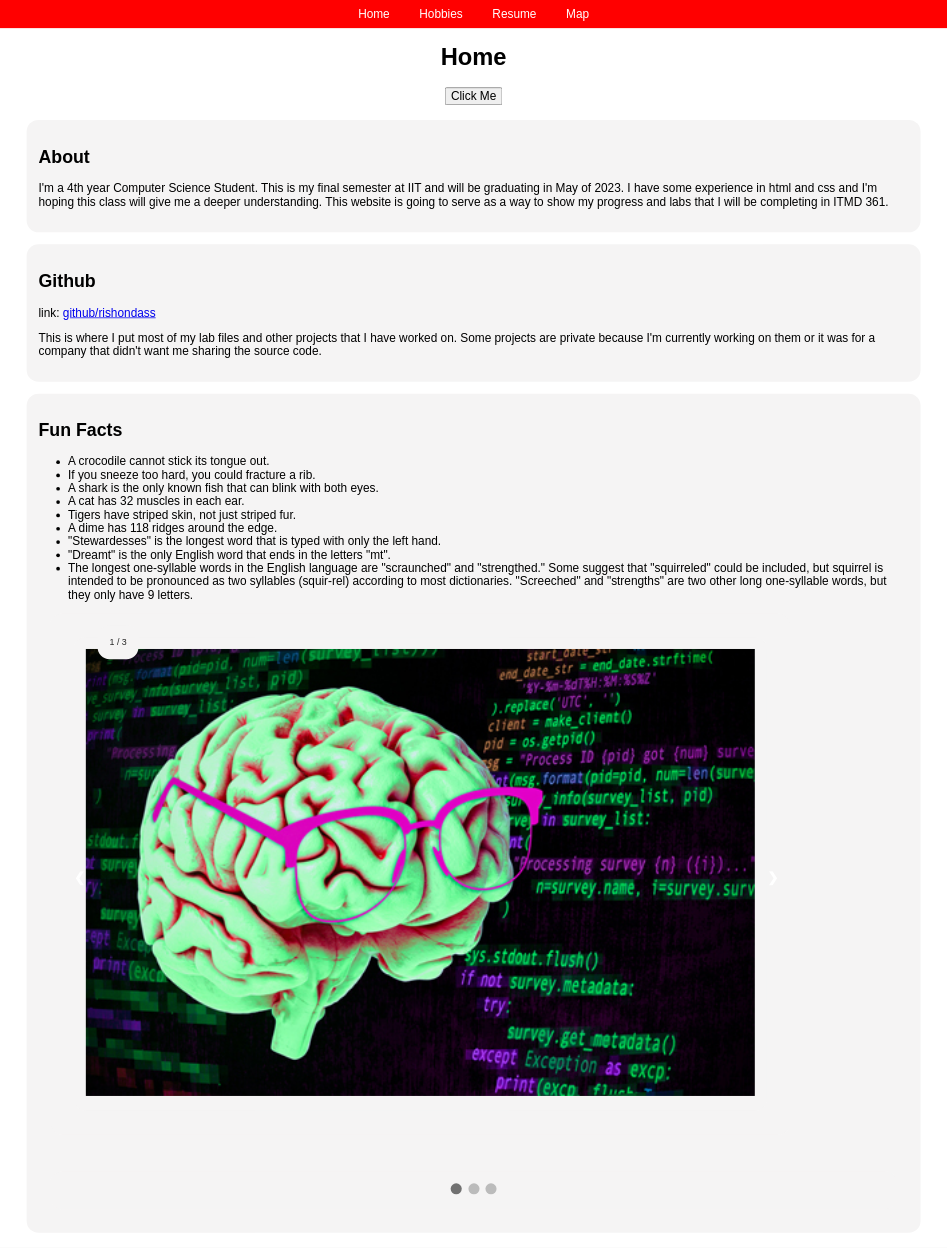
Repository: rishondass/ITMD361-Project3
Page: index.html
An editor plug-in stored every save of this project. The page is shown before and after the next save, followed by the edit.
The browser window is 1280 px wide. The pictures show the whole page, at 74% of full size.

Above is the page before, as saved 2023-04-28 18:52:01.

After the next save:
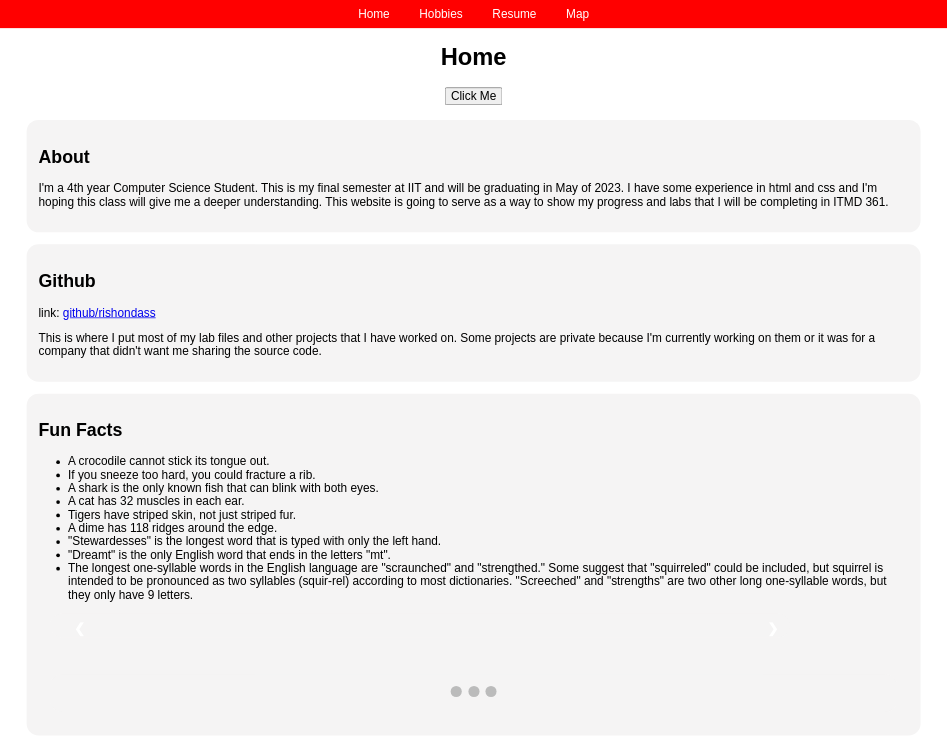
Saved 46 s later.
--- a/index.html
+++ b/index.html
@@ -89,7 +89,7 @@
         </li>
       </ul>
       <!-- below credit w3schools.com -->
-      <script src="./js/slideshow.js"></script>
+
       <div class="slideshow-container">
 
         <!-- Full-width images with number and caption text -->

After the 2 saves that followed:
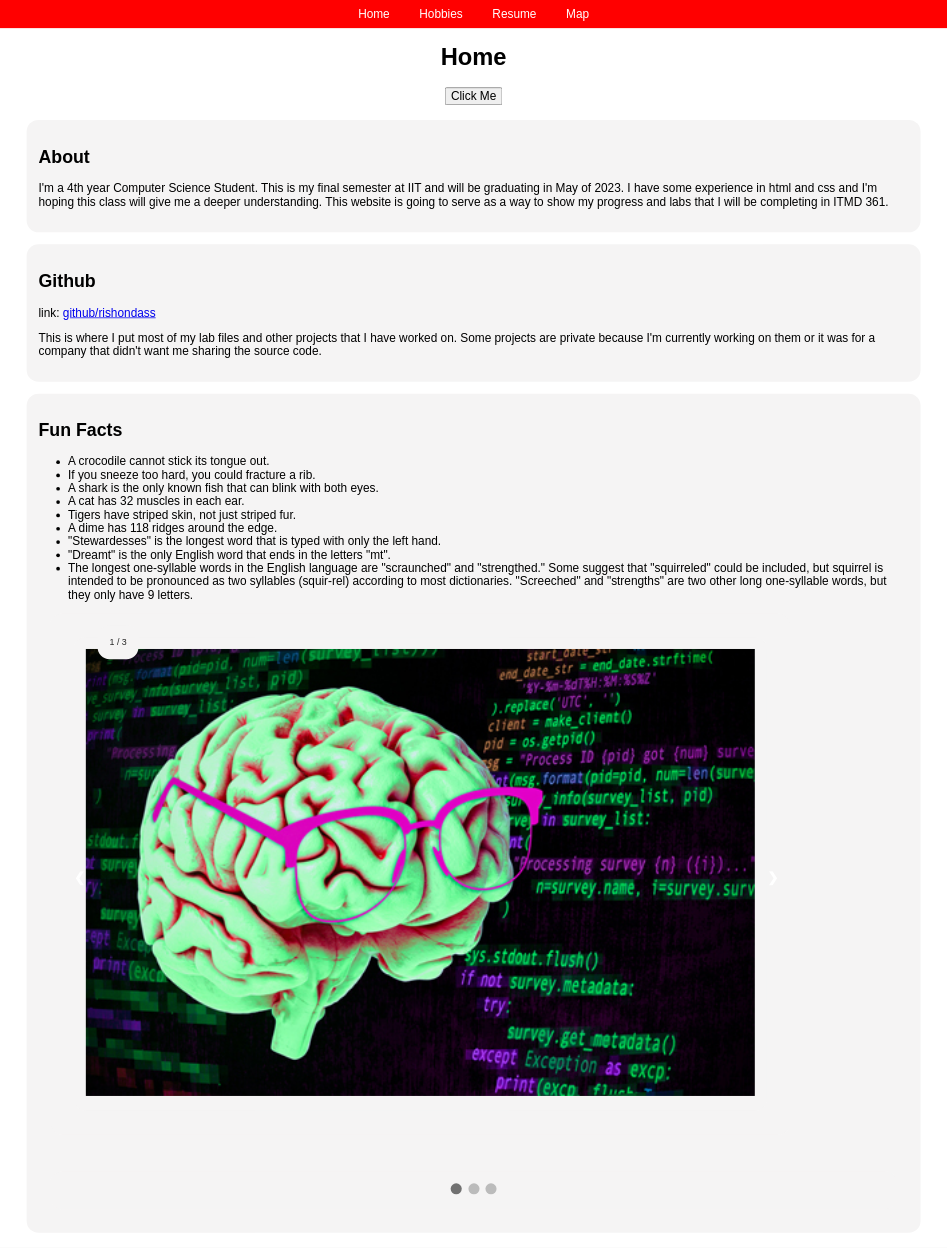
The 2 saves are shown as one change because they came seconds apart.
The last was saved 6 s later.
--- a/index.html
+++ b/index.html
@@ -3,8 +3,8 @@
 <head>
   <meta charset="UTF-8">
   <meta name="viewport" content="width=device-width, initial-scale=1.0">
+  <script src="./js/slideshow.js"></script>
   <script src="./js/index.js"></script>
-
   <link rel="stylesheet" href="css/normalize.css">
   <link rel="stylesheet" href="css/style.css">
   <title>Home</title>
